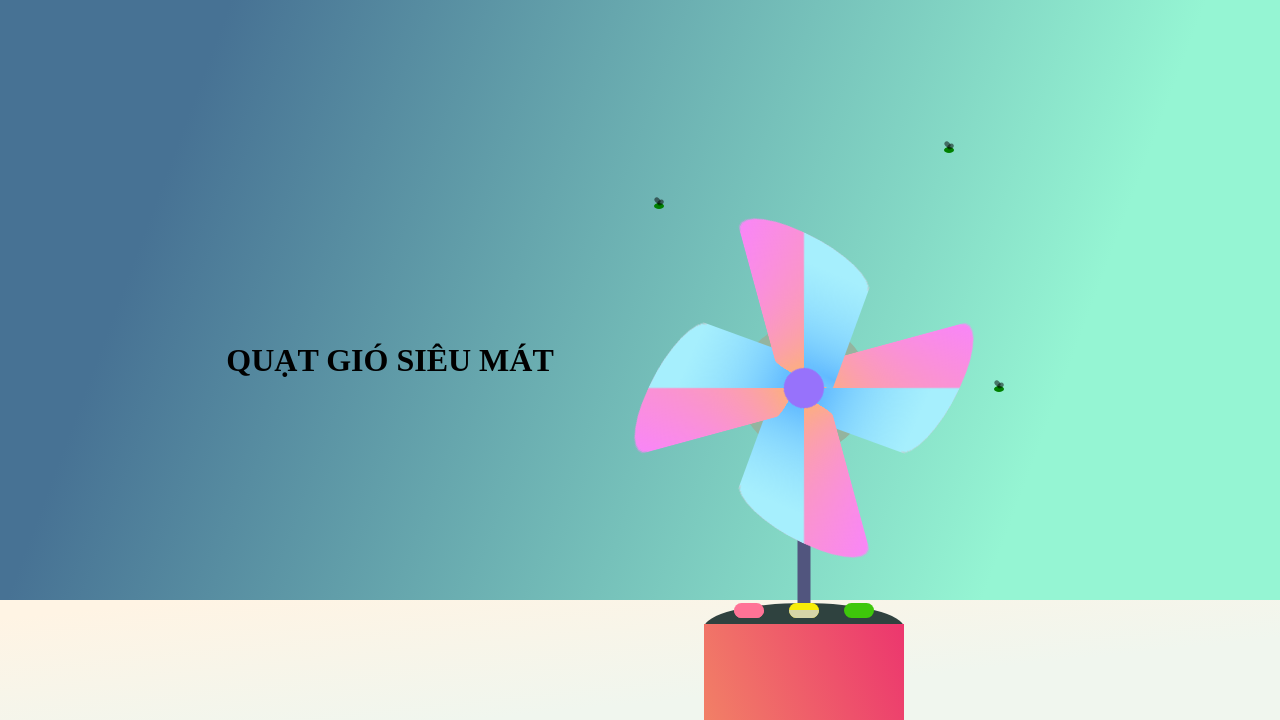
Repository: VuTuanAnh0949/CodeFan
Page: index.html
An editor plug-in stored every save of this project. The page is shown before and after the next save, followed by the edit.
The browser window is 1280 px wide. The pictures show the whole page.

Above is the page before, as saved 2022-06-22 12:22:34.

### index.html
<!DOCTYPE html>
<html lang="en">
<head>
    <meta charset="UTF-8">
    <meta http-equiv="X-UA-Compatible" content="IE=edge">
    <meta name="viewport" content="width=device-width, initial-scale=1.0">
    <title>Document</title>
    <link rel="stylesheet" href="style.css">
</head>
<body>
    <div id="fantitle"><h1>QUẠT GIÓ SIÊU MÁT</h1></div>
    <div class="windows">
        <div class="window"></div>

    </div>
    <div class="fan">
        <div class="fan__root"> <span class="top"> <label class="green" for="engine"></label> <label class="yellow"
                    for="engine2"></label> <label class="pink" for="jack"></label> </span> <span class="bottom"></span>
        </div>
        <div class="fan__staddle"></div> <input type="checkbox" id="jack" hidden />
        <div class="head">
            <div class="fan__engine"> <span class="center"></span> </div> <input type="checkbox" id="engine" hidden
                checked />
            <div> <span class="fly"></span> <span class="fly"></span> <span class="fly"></span>
                <div class="fan__blades"> <input type="checkbox" id="engine2" hidden checked />
                    <div class="fan__blades">
                        <div class="center"></div>
                        <div class="blade"><span></span></div>
                        <div class="blade"><span></span></div>
                        <div class="blade"><span></span></div>
                        <div class="blade"><span></span></div>
                    </div>
                </div>
            </div>
        </div>
    </div>

</body>
</html>

### style.css
html {
    overflow: hidden;
}

body {
    overflow: hidden;
    margin: 0;
    padding: 0;
    background-image: linear-gradient( 110.5deg,  rgba(71,114,148,1) 14.9%, rgba(149,245,211,1) 77.9% );
    display: flex;
    justify-content: center;
    align-items: center;
    width: 100vw;
    height: 100vh;
    position: relative;
}

body::after {
    position: absolute;
    width: 100%;
    content: "";
    height: calc(100% - 600px);
    z-index: 0;
    background-image: linear-gradient( 174.2deg,  rgba(255,244,228,1) 7.1%, rgba(240,246,238,1) 67.4% );
    bottom: 0;
}
#fantitle{
    display: flex;
    justify-content: start;
    align-items: flex-end;
    top: 5px;
}
@keyframes spin {
    from {
        transform: rotate(0deg);
    }

    to {
        transform: rotate(360deg);
    }
}

@keyframes off {
    to {
        transform: rotate(380deg);
    }
}

@keyframes off2 {
    to {
        transform: rotate(880deg);
    }
}

@keyframes fly {
    to {
        margin-top: 50px;
    }
}

span {
    display: block;
}

.windows {
    width: 100vw;
    height: 100vh;
    position: absolute;
    z-index: 0;
    top: 0;
    left: 0;
    display: flex;
    align-content: flex-start;
}


.fly {
    transition: 0.5s all cubic-bezier(0.04, 0.06, 0, 1.18), 1s transform;
    width: 10px;
    height: 6px;
    background: green;
    border-radius: 50%;
    position: absolute;
    animation: fly 5s alternate infinite ease-in-out;
}

.fly:nth-of-type(1) {
    top: -78px;
    left: -200px;
}

.fly:nth-of-type(2) {
    transform: translateY(-10px);
    animation-delay: 4s;
    top: 5px;
    right: -250px;
}

.fly:nth-of-type(3) {
    transform: translateY(0px);
    top: 400px;
    animation-delay: 2s;
    right: -400px;
}

.fly::after,
.fly::before {
    content: "";
    position: absolute;
    width: 7px;
    height: 5px;
    background-color: rgba(0, 0, 0, 0.5);
    display: block;
    border-radius: 50%;
}

.fly::before {
    bottom: 4px;
    transform: rotate(325deg);
    left: 3px;
}

.fly::after {
    transform: rotate(45deg);
    bottom: 6px;
}

.fan {
    width: 500px;
    height: 500px;
    position: relative;
    z-index: 1;
    margin-top: 75px;
    perspective: 500px;
}

.fan::after {
    content: "";
    display: block;
    position: absolute;
    height: 500px;
    width: 200px;
    background-image: linear-gradient( 68.3deg,  rgba(245,177,97,1) 0.4%, rgba(236,54,110,1) 100.2% );
    top: calc(100% - 24px);
    left: calc(50% - 100px);

}

.fan__root {
    width: 200px;
    position: absolute;
    bottom: 0;
    left: 50%;
    transform: translateX(-50%);
}

.fan__root .top {
    overflow: hidden;
    width: 200px;
    height: 25px;
    position: relative;
}

.fan__root .top::after {
    content: "";
    display: block;
    width: 200px;
    height: 50px;
    background: #2f423f;
    border-radius: 50%;
}

.fan__root .top .green {
    position: absolute;
    width: 30px;
    height: 15px;
    border-radius: 15px;
    display: block;
    right: 30px;
    background: #3EC70B;
    cursor: pointer;
    overflow: hidden;
}

.fan__root .top .yellow {
    position: absolute;
    width: 30px;
    height: 15px;
    border-radius: 15px;
    display: block;
    right: 85px;
    background: #F7EC09;
    cursor: pointer;
    overflow: hidden;
}

.fan__root .top .yellow::after {
    content: "";
    display: block;
    width: 100%;
    height: 50%;
    position: absolute;
    bottom: 0;
    background: #F7EC09;
}

.fan__root .top .yellow::after {
    content: "";
    display: block;
    width: 100%;
    height: 50%;
    position: #F7EC09;
    bottom: 0;
    background: #D6D5A8;
}

.fan__root .top .pink {
    position: absolute;
    cursor: pointer;
    width: 30px;
    height: 15px;
    border-radius: 15px;
    display: block;
    left: 30px;
    background: #FF7396;
    overflow: hidden;
}

.fan__root .top .pink::after {
    content: "";
    display: block;
    width: 100%;
    height: 50%;
    position: absolute;
    bottom: 0;
    background: #FF7396;
}

.fan__root .bottom {
    overflow: hidden;
    width: 500px;
    height: 20px;
}

.fan__root .bottom::after {
    content: "";
    display: block;
    width: 200px;
    height: 40px;
    background: #2f423f;
    border-radius: 18%;
    transform: translateY(-30px);
}

.fan__staddle {
    position: absolute;
    bottom: 45px;
    background: #51557E;
    height: 270px;
    width: 13px;
    left: 50%;
    transform: translateX(-50%);
}

.fan__engine {
    position: absolute;
    bottom: 0px;
    width: 130px;
    height: 130px;
    background: #94B49F;
    border-radius: 50%;
    left: 50%;
    transform: translateX(-50%);
}

.fan__engine::after {
    content: "";
    background: red;
    display: block;
    width: 25px;
    height: 50px;
    position: absolute;
    top: 105px;
    left: 50%;
    transform: translateX(-50%);
    border-radius: 0 0 5px 5px;
}

.fan__blades {
    width: 230px;
    height: 230px;
    position: absolute;
    bottom: -50px;
    transition: 2s;
    transform-origin: center center;
    left: calc(50% - 115px);
    z-index: 1;
    animation: spin infinite 0.38s linear forwards;
}

.fan__blades .fan__blades {
    bottom: 0;
    animation: spin infinite 0.5s linear forwards;
}

.fan__blades .blade {
    position: absolute;
    width: 80px;
    height: 100%;
    left: 50%;
    transform: translateX(-50%) skewY(25deg);
    perspective: 500px;
    transform-style: preserve-3d;
}

.fan__blades .blade:nth-child(2) {
    transform: translateX(-50%) rotate(90deg) skewY(25deg);
}

.fan__blades .blade:nth-child(3) {
    transform: translateX(-50%) rotate(180deg) skewY(25deg);
}

.fan__blades .blade:nth-child(4) {
    transform: translateX(-50%) rotate(270deg) skewY(25deg);
}

.fan__blades .blade span {
    width: 100%;
    height: 200%;
    border-radius: 44px;
    background-image: linear-gradient( 102.4deg,  rgba(253,189,85,1) 7.8%, rgba(249,131,255,1) 100.3% );;
    position: absolute;
    top: -66px;
    display: block;
    transform-style: preserve-3d;
    transform: rotateX(81deg);
    overflow: hidden;
}

.fan__blades .blade span::after {
    width: 50%;
    height: 100%;
    content: "";
    display: block;
    background-image: radial-gradient( circle farthest-corner at 10% 20%,  rgba(97,186,255,1) 0%, rgba(166,239,253,1) 90.1% );
    transform: rotate(0deg);
}

.fan__blades .center {
    position: absolute;
    overflow: hidden;
    width: 40px;
    height: 40px;
    border-radius: 50%;
    left: 50%;
    top: 50%;
    transform: translate(-50%, -50%) rotate(45deg);
    background: #9772FB;
    z-index: 2;
}

.fan__blades .center::after {
    display: block;
    content: "";
    width: 40px;
    height: 20px;
    background: #9772FB;
}

.head {
    transition: 1s transform;
    height: auto;
    width: auto;
    position: absolute;
    width: 300px;
    height: 300px;
    bottom: 195px;
    left: calc(50% - 150px);
    /* transform: translateX(-50%); */
}

#engine:checked+div>div {
    animation: off2 1s ease-out forwards;
}

#engine:checked+div>span:nth-child(1) {
    transition: 5s all ease-in-out, 1s transform;
    left: 0px;
    top: 0px;
}

#engine:checked+div>span:nth-child(2) {
    transition: 5s all ease-in-out, 1s transform;
    right: 0px;
    top: 0px;
}

#engine:checked+div>span:nth-child(3) {
    transition: 7s all ease-in-out, 1s transform;
    right: -50px;
    top: 200px;
}

#engine2:checked+div {
    animation: off 1s ease-out forwards;
}

#jack:checked+div {
    transform: translateY(-115px);
}

#jack:checked+div>div:nth-child(3)>span {
    transform: translateY(115px);
}

After the next save:
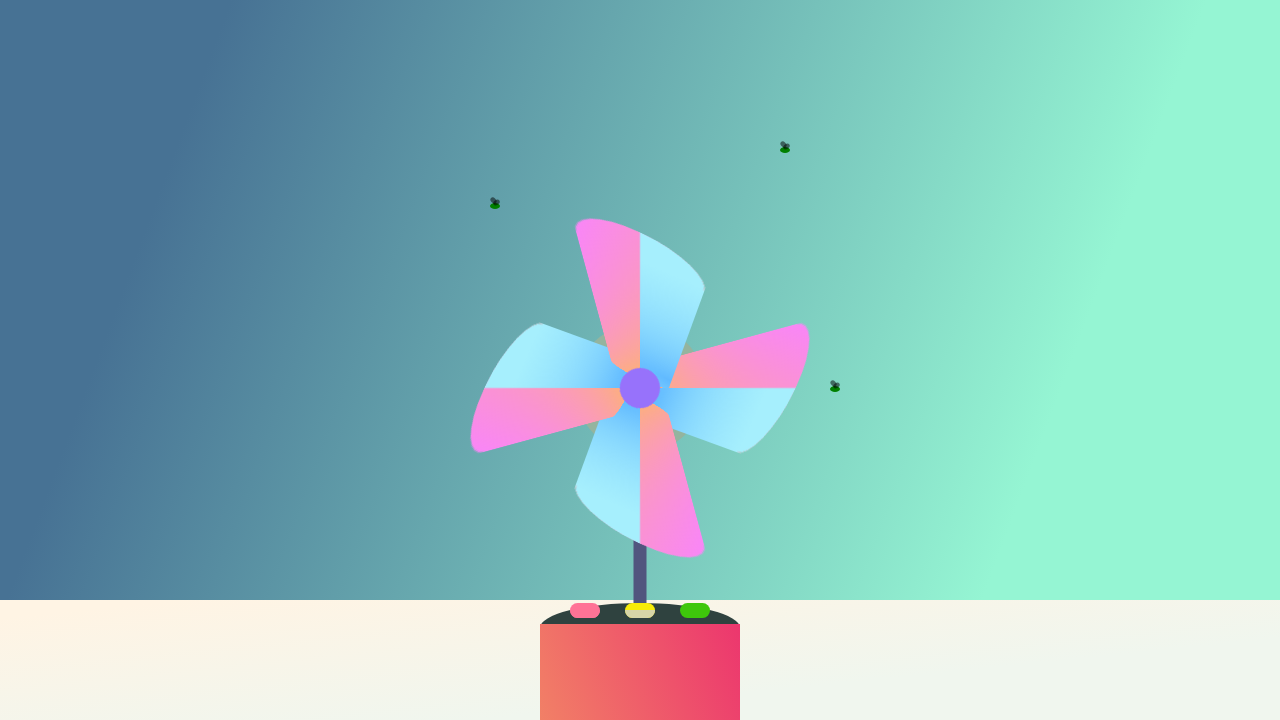
Saved 10 s later.
--- a/index.html
+++ b/index.html
@@ -8,7 +8,7 @@
     <link rel="stylesheet" href="style.css">
 </head>
 <body>
-    <div id="fantitle"><h1>QUẠT GIÓ SIÊU MÁT</h1></div>
+
     <div class="windows">
         <div class="window"></div>
 
